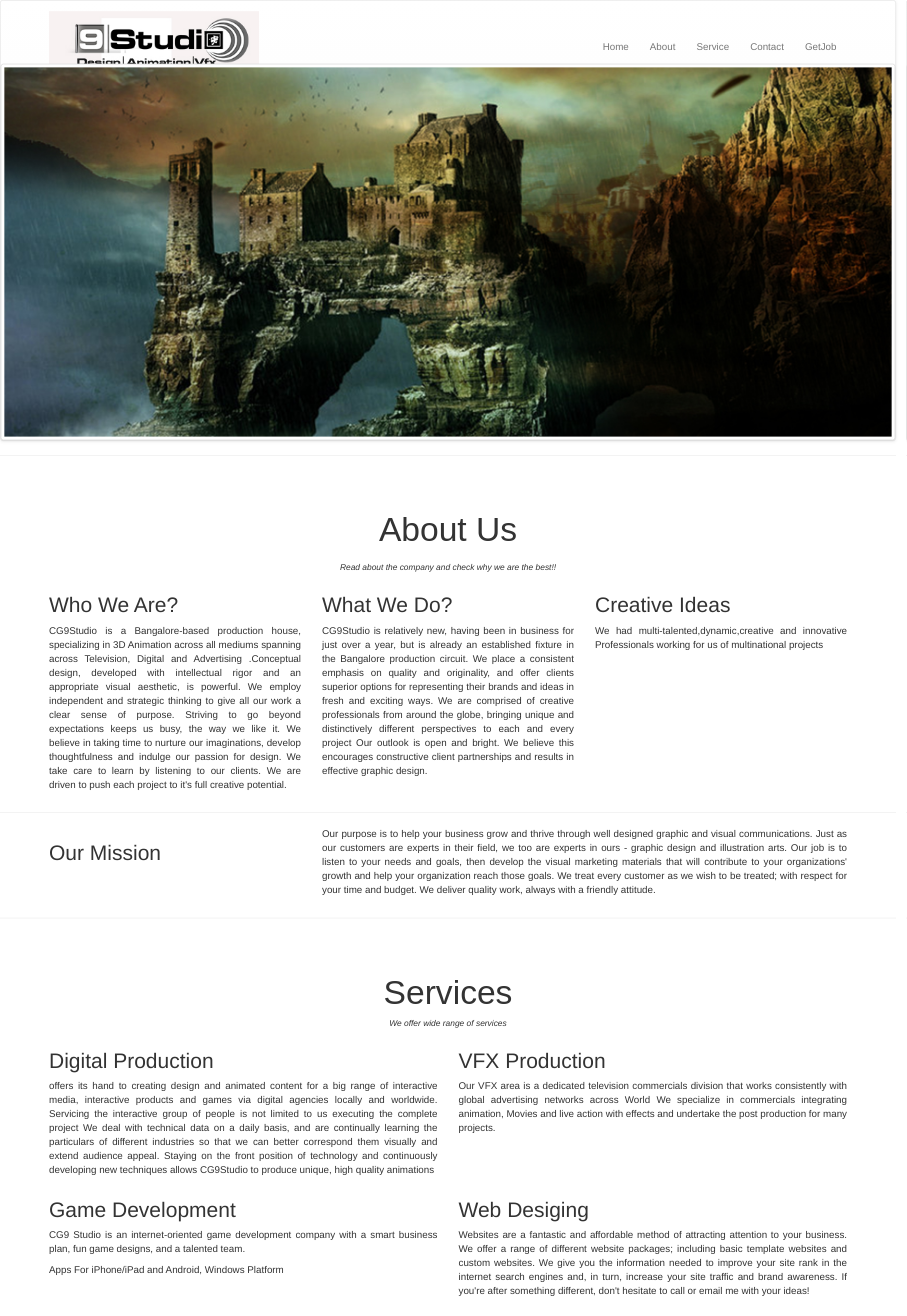
Repository: deepak6sp/BootstrapTheme1
Page: 9studio/WebContent/index.html
An editor plug-in stored every save of this project. The page is shown before and after the next save, followed by the edit.
The browser window is 1280 px wide. The page is 1295 px wide, so the pictures cover 1295 px, including what lies to the right of the window. The pictures show the part of the page from y = 0 to 1880 px (the page is 2489 px tall before and 2639 px after), at 70% of full size.
Some web libraries are served in a nearby version.

Above is the page before, as saved 2014-07-23 13:43:46.

After the next save:
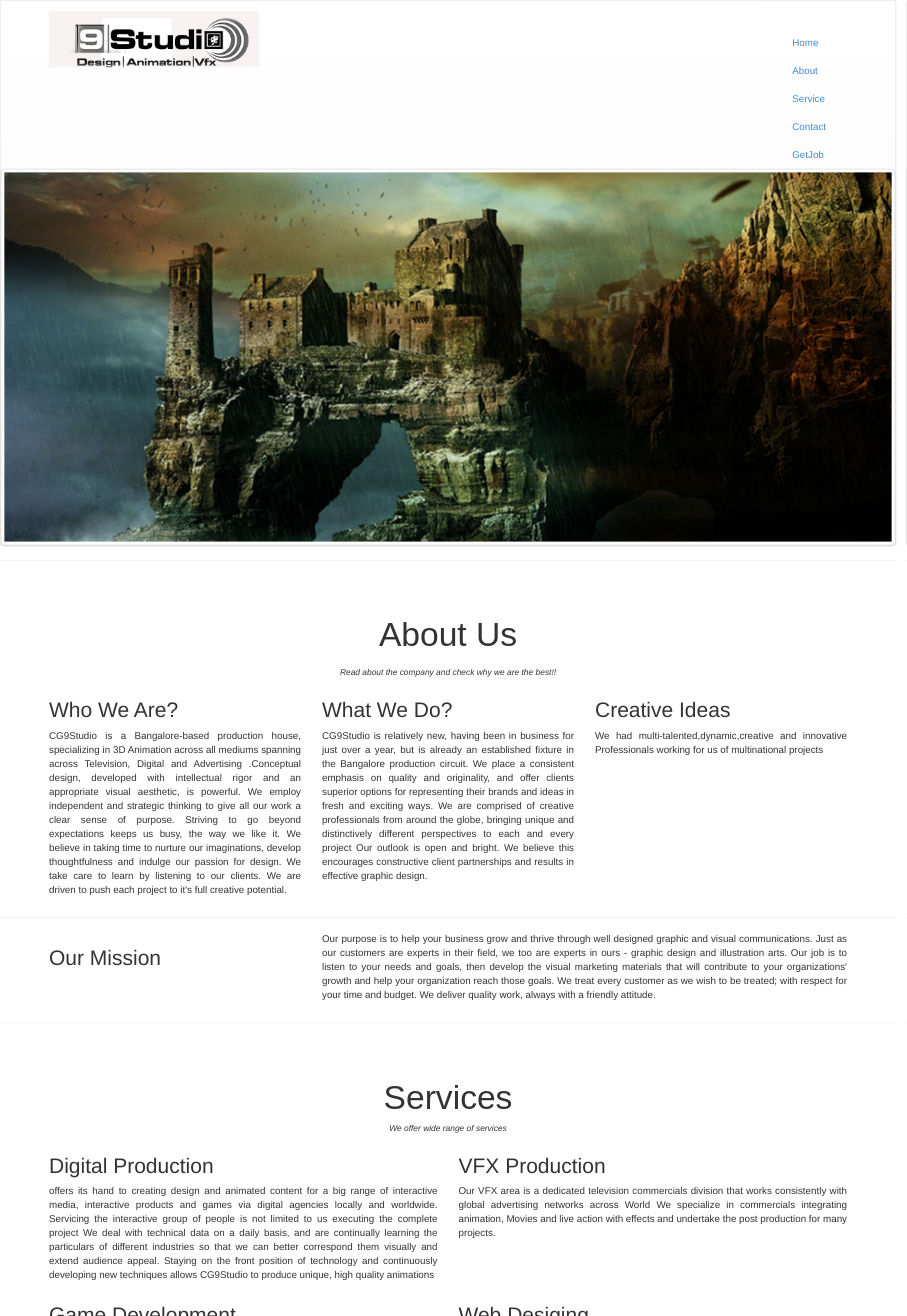
Saved 18 s later.
--- a/9studio/WebContent/index.html
+++ b/9studio/WebContent/index.html
@@ -20,7 +20,7 @@
 	      	</div>
 	      	<br></br>
       		<div class="collapse navbar-collapse navbar-collapse-top" id="navheaderCollapse">
-				<ul class="nav navbar-nav navbar-right" >
+				<ul class="nav navbar-pills navbar-right" >
 					<li><a href="#">Home</a></li>
 					<li><a href="#about-us">About</a></li>
 					<li><a href="#service">Service</a></li>
